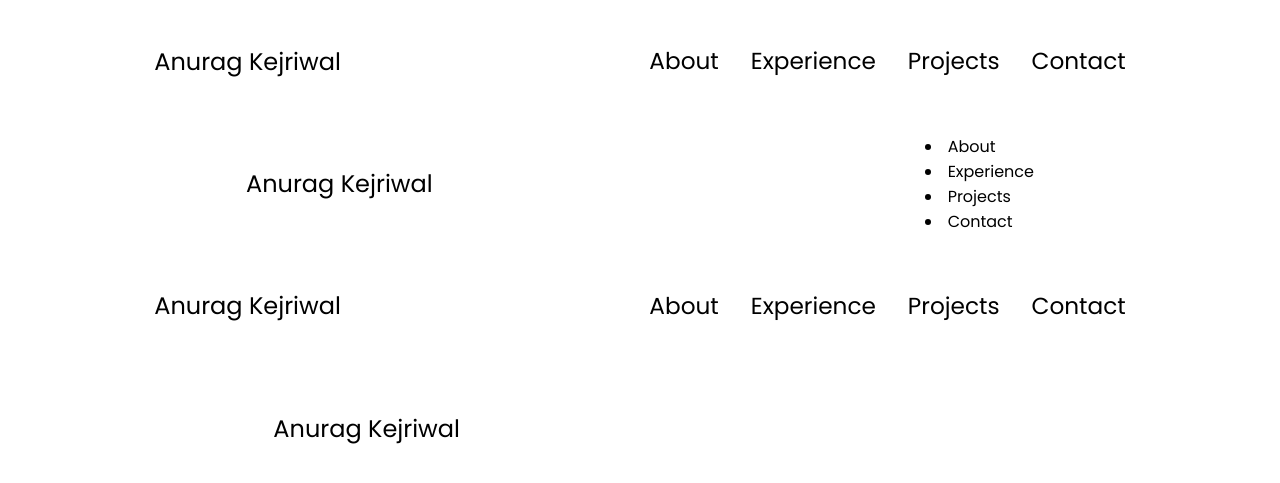
Repository: anuragkej/OldPortfolio
Page: index.html
An editor plug-in stored every save of this project. The page is shown before and after the next save, followed by the edit.
The browser window is 1280 px wide. The pictures show the whole page.

Above is the page before, as saved 2024-05-25 20:26:00.

### index.html
<!DOCTYPE html>
<html lang="en">
<head>
    <meta charset="UTF-8">
    <meta name="viewport" content="width=device-width, initial-scale=1.0">
    <title>Personal Portfolio</title>
    <link rel="stylesheet" href="style.css">
    <link rel="stylesheet" href="mediaqueries.css">
</head>
<body>
    <nav id="desktop-nav">
        <div class="logo">Anurag Kejriwal</div>
        <div>
            <ul class="nav-links">
                <li><a href="#about">About</a></li>
                <li><a href="#experience">Experience</a></li>
                <li><a href="#projects">Projects</a></li>
                <li><a href="#contact">Contact</a></li>
            </ul>
        </div>
    </nav>
    <nav id="hamburger-nav">
        <div class="logo">Anurag Kejriwal</div>
        <div class="hamburger-menu">
            <div class="hamburger-icon" onclick="toggleMenu()">
                <span></span>
                <span></span>
                <span></span>
            </div>
            <div class="menu-links">
                <li><a href="#about" onclick="toggleMenu()" >About</a></li>
                <li><a href="#experience" onclick="toggleMenu()">Experience</a></li>
                <li><a href="#projects" onclick="toggleMenu()">Projects</a></li>
                <li><a href="#contact" onclick="toggleMenu()">Contact</a></li>
            </div>
        </div>
    </nav>
    <script src="script.js"></script>

</body>
</html>
<!DOCTYPE html>
<html lang="en">
<head>
    <meta charset="UTF-8">
    <meta name="viewport" content="width=device-width, initial-scale=1.0">
    <title>Personal Portfolio</title>
    <link rel="stylesheet" href="style.css">
    <link rel="stylesheet" href="mediaqueries.css">
</head>
<body>
    <nav id="desktop-nav">
        <div class="logo">Anurag Kejriwal</div>
        <div>
            <ul class="nav-links">
                <li><a href="#about">About</a></li>
                <li><a href="#experience">Experience</a></li>
                <li><a href="#projects">Projects</a></li>
                <li><a href="#contact">Contact</a></li>
            </ul>
        </div>
    </nav>
    <nav id="hamburger-nav">
        <div class="logo">Anurag Kejriwal</div>
        <div class="hamburger-menu">
            <div class="hamburger-icon" onclick="toggleMenu()">
                <span></span>
                <span></span>
                <span></span>
            </div>
        </div>
    </nav>
    <script src="script.js"></script>

</body>
</html>

### style.css
/* General */

@import url('https://fonts.googleapis.com/css2?family=Poppins:wght@300;400;500;600&display=swap');
*{
    margin: 0;
    padding: 0;
}

body{
    font-family: "Poppins", sans-serif;
}

html{
    scroll-behavior: smooth;
}

p{
    color: rgb(85, 85, 85);
}

/* Transition */
/* all the links, with button*/

a,
.btn{
    transition: all 300ms ease;
}

/*Desktop navigation */

nav, .nav-links {
    display: flex;
}

nav{
    justify-content: space-around;
    align-items: center;
    height: 17vh;
}

.nav-links{
    gap: 2rem;
    list-style: none;
    font-size: 1.45rem;
}

a{
    color: black;
    text-decoration: none;
    text-decoration-color: white;

}

a:hover{
    color: grey;
    text-decoration: underline;
    text-underline-offset: 0.7rem;
    text-decoration-color: rgb(181, 181, 181);
}

.logo{
    font-size: 1.5rem
}

.logo:hover{
    cursor:default;
}

Loaded but not shown: mediaqueries.css (no copy from this time; the picture is the same without it); script.js (no copy from this time; the picture is the same without it)

After the next save:
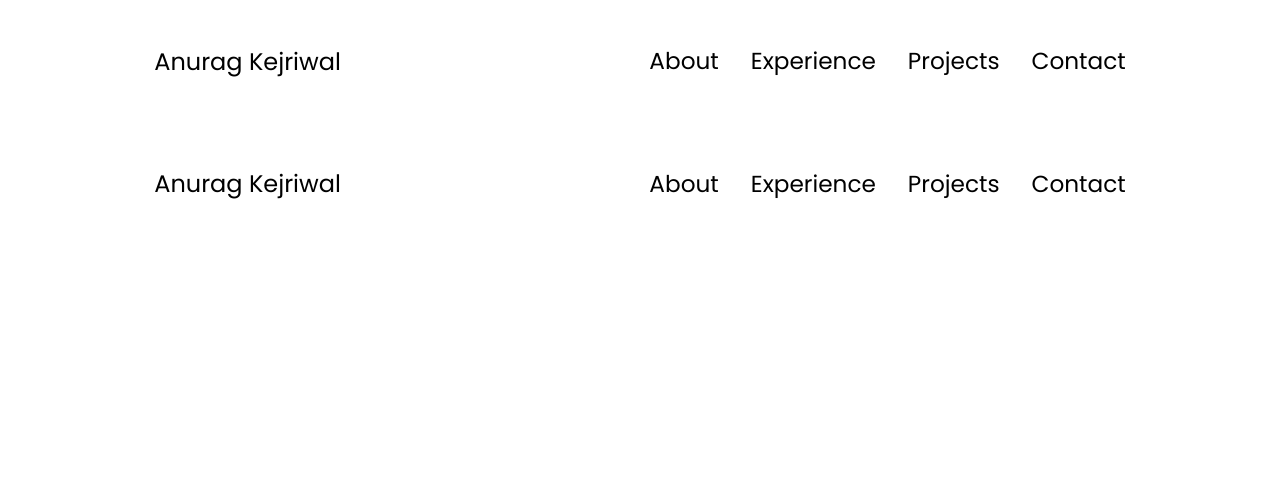
Saved 42 s later.
--- a/style.css
+++ b/style.css
@@ -65,3 +65,9 @@
 .logo:hover{
     cursor:default;
 }
+
+/*Hamburger menu */
+
+#hamburger-nav{
+    display: none;
+}
